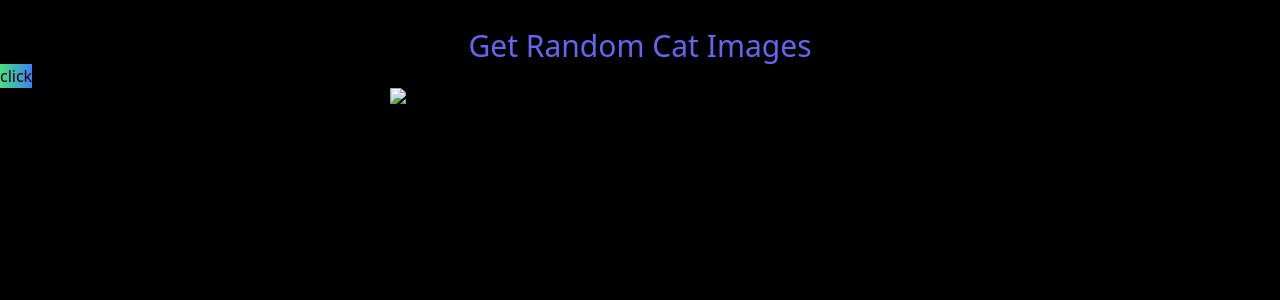
Repository: tentaciones/catMemeGenerator
Page: /
These files come from the project's save history. The page is drawn as it stood at one moment and after the next save; the edit follows.
The browser window is 1280 px wide. The pictures show the whole page.
The page's requests for data from a server got no answer. Some web fonts or font styles are not loaded; a fallback is used. The project was rebuilt for these pictures with package versions that can differ from the ones it lists, and the page was loaded fresh each time. No one was signed in, and anything a server would have sent is missing. Also part of the build but not shown: src/components/Navbar.jsx, src/components/Header.jsx, src/components/Post.jsx, src/components/Sidebar.jsx, src/pages/home.jsx.

Above is the page before, as saved 2022-07-07 19:52:05.

### public/index.html
<!DOCTYPE html>
<html lang="en">
  <head>
    <meta charset="utf-8" />
    <link rel="icon" href="%PUBLIC_URL%/favicon.ico" />
    <meta name="viewport" content="width=device-width, initial-scale=1" />
    <meta name="theme-color" content="#000000" />
    <meta
      name="description"
      content="Web site created using create-react-app"
    />
    <link rel="apple-touch-icon" href="%PUBLIC_URL%/logo192.png" />
    <link rel="preconnect" href="https://fonts.googleapis.com" />
    <link rel="preconnect" href="https://fonts.gstatic.com" crossorigin />
    <link
      href="https://fonts.googleapis.com/css2?family=Gentium+Book+Plus:ital@1&family=Rubik+Moonrocks&display=swap"
      rel="stylesheet"
    />
    <link rel="manifest" href="%PUBLIC_URL%/manifest.json" />

    <title>React App</title>
  </head>
  <body>
    <noscript>You need to enable JavaScript to run this app.</noscript>
    <div id="root"></div>
    <!--
      This HTML file is a template.
      If you open it directly in the browser, you will see an empty page.

      You can add webfonts, meta tags, or analytics to this file.
      The build step will place the bundled scripts into the <body> tag.

      To begin the development, run `npm start` or `yarn start`.
      To create a production bundle, use `npm run build` or `yarn build`.
    -->
  </body>
</html>

### src/App.js
import { Navbar } from "./components";
import Home from "./pages/Home";
import Generator from "./pages/Generator";
function App() {
  return (
    <div>
      <Generator />
    </div>
  );
}

export default App;

### src/components/index.js
export { default as Navbar } from "./Navbar";
export { default as Header } from "./Header";
export { default as Post } from "./Post";
export { default as Sidebar } from "./Sidebar";

### src/pages/Generator.jsx
import React, { useEffect, useState } from "react";
import Loading from "../components/Loading";
const Generator = () => {
  const [cat, setCat] = useState("");
  const [done, setDone] = useState(undefined);
  const [loading, setLoading] = useState(undefined);
  const getCat = () => {
    setDone(undefined);
    setLoading(undefined);
    setTimeout(() => {
      fetch("https://aws.random.cat/meow")
        .then((res) => res.json())
        .then((data) => setCat(data.file));
      setLoading(true);
      setTimeout(() => {
        setDone(true);
      }, 1000);
    }, 1200);
  };
  useEffect(() => {
    getCat();
  }, []);

  return (
    <div className="bg-black h-screen">
      <div className="flex justify-center text-indigo-500 text-3xl">
        <div className="mt-7">Get Random Cat Images</div>
      </div>
      <button
        onClick={getCat}
        className="bg-gradient-to-r from-green-400 to-blue-500 hover:from-pink-500 hover:to-yellow-500"
      >
        click
      </button>
      <div className="flex justify-center">
        {!done ? (
          <Loading loading={loading} />
        ) : (
          <img src={cat} alt="c" className="h-[500px] w-[500px]" />
        )}
      </div>
    </div>
  );
};

export default Generator;

### src/components/Loading.js
import React from "react";
import Lottie from "react-lottie";
import * as loading from "../46472-lurking-cat.json";
import * as done from "../50465-done.json";

const defaultOptions = {
  loop: true,
  autoplay: true,
  animationData: loading.default,
  rendererSettings: {
    preserveAspectRatio: "xMidYMid slice",
  },
};

const defaultOptions2 = {
  loop: false,
  autoplay: true,
  animationData: done.default,
  rendererSettings: {
    preserveAspectRatio: "xMidYMid slice",
  },
};

const Loading = ({ loading }) => {
  console.log(loading);
  return (
    <div>
      {!loading ? (
        <Lottie options={defaultOptions} height={120} width={120} />
      ) : (
        <Lottie options={defaultOptions2} height={120} width={120} />
      )}
    </div>
  );
};

export default Loading;

Loaded but not shown: src/index.js (common file); src/index.css (common file); src/reportWebVitals.js (common file); src/46472-lurking-cat.json (common file); src/50465-done.json (common file); tailwind.config.js (common file)

After the next save:
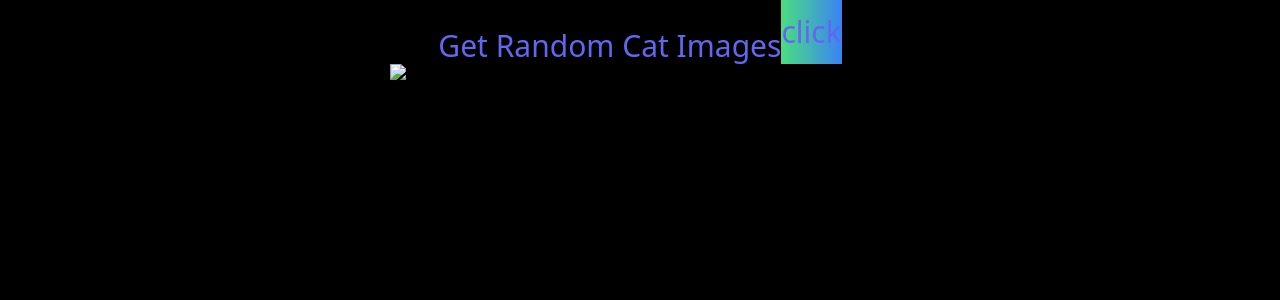
Saved 41 s later.
--- a/src/pages/Generator.jsx
+++ b/src/pages/Generator.jsx
@@ -25,13 +25,14 @@
     <div className="bg-black h-screen">
       <div className="flex justify-center text-indigo-500 text-3xl">
         <div className="mt-7">Get Random Cat Images</div>
+        <button
+          onClick={getCat}
+          className="bg-gradient-to-r from-green-400 to-blue-500 hover:from-pink-500 hover:to-yellow-500"
+        >
+          click
+        </button>
       </div>
-      <button
-        onClick={getCat}
-        className="bg-gradient-to-r from-green-400 to-blue-500 hover:from-pink-500 hover:to-yellow-500"
-      >
-        click
-      </button>
+
       <div className="flex justify-center">
         {!done ? (
           <Loading loading={loading} />
